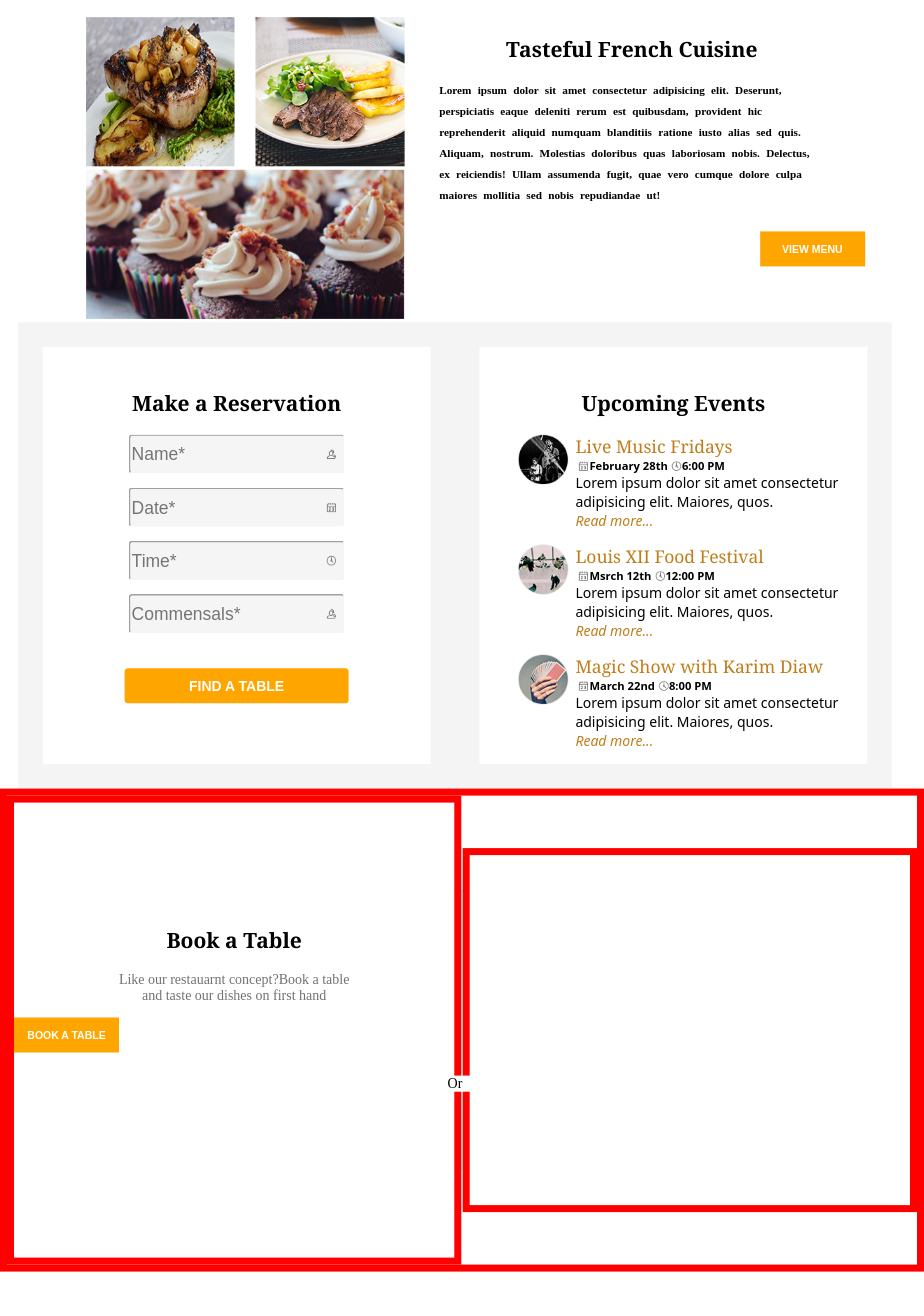
Repository: sis-shen/HTML_vsc
Page: adc_v2/index.html
An editor plug-in stored every save of this project. The page is shown before and after the next save, followed by the edit.
The browser window is 1280 px wide. The page is 1320 px wide, so the pictures cover 1320 px, including what lies to the right of the window. The pictures show the part of the page from y = 1621 to 3501 px (the page is 3501 px tall), at 70% of full size.

Above is the page before, as saved 2023-08-20 13:20:14.

### adc_v2/index.html
<!DOCTYPE html>
<html lang="zh-CN">
<head>
    <meta charset="UTF-8">
    <meta name="viewport" content="width=device-width, initial-scale=1.0">
    <title>Old8餐厅</title>
    <link rel="stylesheet" href="style.css">
    <link rel="shotcut icon" href="img/王者.png">
</head>
<body>
    <div class="top-box">
        <div class="nav">
            <div class="t-left"><h1>Voilà </h1></div>

            <div class="t-right">
                <div class="nav-box"><a href="menu.html" target="_blank"><h2>MENU</h2></a>
                    <p>Come to see and pick up your favorite</p></div>
                <div class="nav-box"> <a href="about.html" target="_blank"><h2>ABOUT</h2></a>
                    <p>Learn more about us :P</p></div>
                <div class="nav-box"><a href="events.html" target="_blank"><h2>EVENTS</h2></a>
                    <p>We will regularlyt hold events about sing,dance,rap,and basketvall</p></div>
                <div class="nav-box"> <a href="restaurants.html" target="_blank"><h2>RESERVATIONS</h2></a>
                    <p>The earlier,the better</p></div>
                <div class="nav-box"><a href="contact.html" target="_blank"><h2>CONTACT</h2></a>
                    You mean what?noooooo way!</div>
            </div>
        </div>

        <h1 id="wel">WELCOME TO VOILÀ</h1>
        <h3>We offer mouth watering <u>French cuisine</u></h3>

        <div class="button-box">
            <div class="b-left">
                <a href="menu.html" target="_blank"><button>SEE MENU</button></a>
            </div>
            <div class="b-right">
                <a href="table.index" target="_blank"><button>FIND A TABLE</button></a>
            </div>
        </div>

        <h4>Scoll down for details</h4>

        <div class="down-arrow">
            <img src="img/down-arrow-icon.png" alt="">

        </div>
    </div>

    <!-- =============================================== -->

    <div class="top2-box">
        <div class="up-box">
            <div class="up-left">
                <h2 class="h2-title">Aout Voilà Restaurant</h2>
                <p class="main-p">Voilà!there's a restaurant called Voilà ! Who owns it ? For sure it is our lovely lovey Trump's sweet sweet chain restaurant. Thus,No one knows French cuisine better than us!Let's Make French cuisine in American version great again! Let's make our momy proud agin!We have <a href="https://g.nga.cn/read.php?tid=22017775&rand=757" target="_blank"> the best team of busters</a>,aiming at turning every customer into delicious snacks. Any way,stepping in to our restaurant equals to finding your way into heaven. Have a try now!</p>

                <a href="about.index" target="_blank"><button class="main-button">READ MORE</button></a>

            </div>

            <div class="up-right">
                <img src="img/glass of wine.png" alt="">
            </div>
        </div>
        <div class="down-box">
            <div class="down-left"><img src="img/Eric-McGregor-flickr.png" alt="eric"></div>
            <div class="down-right">
                <div class="left"><img src="img/Restaurant kitchen.png" alt=""></div>
                <div class="right"><img src="img/foodiesfeed.com_excelent-beef-steak-vegetables.png" alt=""> </div>
            </div>

        </div>
    </div>

    <!-- =========================================== -->

    <div class="cuisine-box">
        <div class="left-dish-box">
            <div class="uper">
                <div class="left"><img src="img/Steak and vegetables - Foodies Feed.png" alt="" ></div>
                <div class="right"> <img src="img/Beef-steak-pineapple-salad Foodies Feed.png" alt="" id="cup-cake" ></div>
            <div class="clear-fix"></div>


            </div>


            <div class="downer">
                <img src="img/Cup cakes.png" alt="">
            </div>
        </div>

        <div class="right-p">
            <h2 class="h2-title">Tasteful French Cuisine</h2>

            <p class="main-p">Lorem ipsum dolor sit amet consectetur adipisicing elit. Deserunt, perspiciatis eaque deleniti rerum est quibusdam, provident hic reprehenderit aliquid numquam blanditiis ratione iusto alias sed quis. Aliquam, nostrum. Molestias doloribus quas laboriosam nobis. Delectus, ex reiciendis! Ullam assumenda fugit, quae vero cumque dolore culpa maiores mollitia sed nobis repudiandae ut!</p>

            <a href="menu.html" target="_blank"><button class="main-button" id="b2">VIEW MENU</button></a>


        </div>


    </div>

    <div class="res-events">
        <div class="res">
            <h2 class="h2-title">Make a Reservation</h2>
            <div class="name">
                <input type="text" name="name" id="name" placeholder="Name*" size="30">

            </div>
            <div class="name">
                <input type="text" name="date" id="date" placeholder="Date*" size="30">

            </div>
            <div class="name">
                <input type="text" name="time" id="time" placeholder="Time*" size="30">

            </div>
            <div class="name">
                <input type="text" name="commensals" id="commensals" placeholder="Commensals*" size="30">

            </div>

            <div class="find-table">
                <a href="https://cn.bing.com/maps?&mepi=107~Restaurant~MiddleOfPage~Entity_List_Card&ty=17&q=%E9%A4%90%E5%8E%85%20%E9%A2%84%E5%AE%9A%E6%A1%8C%E4%BD%8D&segment=Restaurant&sei=0&cp=nxgc8dv28mpg&child=%26ty%3D18%26q%3D%25E5%25A8%2581%25E6%2596%25AF%25E6%25B1%2580%25E4%25BC%2591%25E9%2597%25B2%25E9%25A4%2590%25E5%258E%2585%26ss%3Dypid.YN4067x2077920041126122936%26segment%3DRestaurant%26ppois%3D29.495840072631836_120.91497039794922_%25E5%25A8%2581%25E6%2596%25AF%25E6%25B1%2580%25E4%25BC%2591%25E9%2597%25B2%25E9%25A4%2590%25E5%258E%2585_YN4067x2077920041126122936~%26cp%3Dnxgc8dv28mpg%26EnableMapViewChange%3Dtrue&FORM=SNAPST" target="_blank">

                    <input type="submit" value="FIND A TABLE" id="find-table">
                </a>
            </div>

        </div>




        <div class="events-box">

            <h2 class="h2-title">Upcoming Events</h2>

            <ul class="event-list">
                <li class="event-emp" >

                    <div class="icon"><img src="img/Live music Fridays.png" alt=""></div>
                    <div class="content">
                        <div class="event-title">Live Music Fridays</div>

                        <div class="date">
                            <div class="daytime1" id="L1-1">February 28th
                        </div>
                        <div class="daytime2" id="L1-2">6:00 PM</div>
                        </div>

                                            <div class="event-dsp">Lorem ipsum dolor sit amet consectetur adipisicing elit. Maiores, quos.</div>
                                            <div class="read-more"><a href="https://www.eventbrite.com/e/live-music-fridays-tickets-599842574287" target="_blank">Read more...</a></div>

                    </div>

                </li>
                <li class="event-emp" >

                    <div class="icon"><img src="img/Festival.png" alt=""></div>
                    <div class="content">
                        <div class="event-title">Louis XII Food Festival</div>

                        <div class="date">
                            <div class="daytime1" id="L1-1">Msrch 12th
                        </div>
                        <div class="daytime2" id="L1-2">12:00 PM</div>
                        </div>

                                            <div class="event-dsp">Lorem ipsum dolor sit amet consectetur adipisicing elit. Maiores, quos.</div>
                                            <div class="read-more"><a href="https://newinzurich.com/2019/09/louis-xlll-cognac-food-pairing-epicure-food-festival-dolder-grand/" target="_blank">Read more...</a></div>

                    </div>

                </li>
                <li class="event-emp" >

                    <div class="icon"><img src="img/magic show.png" alt=""></div>
                    <div class="content">
                        <div class="event-title">Magic Show with Karim Diaw</div>

                        <div class="date">
                            <div class="daytime1" id="L1-1">March 22nd
                        </div>
                        <div class="daytime2" id="L1-2">8:00 PM</div>
                        </div>

                                            <div class="event-dsp">Lorem ipsum dolor sit amet consectetur adipisicing elit. Maiores, quos.</div>
                                            <div class="read-more"><a href="https://www.bilibili.com/video/BV1Fb411D7HK/?vd_source=df9276f62b91b382ecf0a8c1064ea7de" target="_blank">Read more...</a></div>

                    </div>

                </li>

            </ul>





        </div>
    </div>

    <div class="book-share">
        <div class="book">
            <h2 class="h2-title">Book a Table</h2>
            <div class="b-dsc">

                <p >Like our restauarnt concept?Book a table <br>and taste our dishes on first hand</p>
            </div>
            <a href="https://cn.bing.com/search?q=book+a+table&cvid=041b15cce42e41dbbbc3da2f1843c494&aqs=edge.0.0j69i64j0l7.2404j0j4&FORM=ANAB01&PC=EDGEINJP" target="_blank"><button type="button" class="main-button" id="book-table">BOOK A TABLE</button></a>
        </div>
        <div class="or"><p></p></div>
        <div class="share">

        </div>

    </div>

    <div class="p-or"><p>Or</p></div>


</body>
</html>

### adc_v2/style.css

body {
    box-sizing: border-box;
    font-family:Georgia, 'Times New Roman', Times, serif;

    width: 1300px;

    margin: 0 auto;

}

.clear-fix{
    clear: both;
}

/* .up-left h2 */
.h2-title{

    text-align: center;
    font-size: 30px;
}
.main-p{
    line-height: 30px;
    word-spacing: 5px;
    font-family: 微软雅黑;
    font-weight: bold;
}

.main-button{
    background-color:orange;
    height: 50px;
    width:150px;
    color: #fff;
    font-size: 15px;
    font-weight: bold;
    border: 0;
    margin-left: 350px;
}

.main-button:hover{
    background-color:rgb(213, 139, 0);

}

/* =======top-box===== */

.top-box{
    margin:auto;

    width: 1300px;
    height: 650px;
    background-image: url("img/top.png");
    background-repeat: no-repeat;

    /* border: red solid 10px; */

}

.nav {
    width: 100%;
    height: 200px;
    /* background-color: rgba(0, 255, 255, 0.207); */
    display: flex;
}

.t-left{
    height:100%;
    width: 40%;
    /* background-color: rgba(255, 0, 0, 0.236); */
}

.t-right{
    display: flex;
    height: 100%;
    width:60%;
    font-family: 微软雅黑;
}

.nav-box{
    width: 20%;
    height: 100%;
    /* background-color: rgba(255, 255, 0, 0.149); */
    color: #fff;
}

.nav-box a{
    text-decoration: none;
    color: #fff;
}

.top-box h2{
    font-size:medium
}

.t-left h1{
    color:rgb(212, 0, 0);
    position: relative;
    left:30%;
    top:20px;
}

#wel{
    text-align: center;
    color: #fff;

    font-size: 50px;
}

.top-box h3{
    text-align: center;
    color: #fff;
    font-size: 35px;
}

.button-box{
    display: flex;
    align-items: center;
    justify-content: center;
    margin-top: 60px;
}

.button-box button{
    width: 120px;
    height: 45px;
    margin-inline: 40px;
    font-family: 微软雅黑;
    color: #fff;
}

.b-left button{
    background-color: rgb(255, 106, 0);
    border: 0;
    border-radius: 5%;
}

.b-left button:hover{
    background-color: rgb(205, 85, 0);

}

.b-right button{
    background-color: rgb(60, 60, 60);
    border: 0;
    border-radius: 5%;

}

.b-right button:hover{
    background-color: rgb(35, 35, 35);

}

.top-box h4{
    text-align: center;
    color: #fff;
    font-family: 微软雅黑;
    font-weight:normal;
    margin-top: 80px;
}


.down-arrow {
    text-align: center;
}



/* ===========top2-box============== */

.top2-box{
    background-color: #ebebeb;
    padding-bottom: 50px;
}

.top2-box .up-box
{

    margin-top: 50px;
    display: flex;

    /* border: red solid 10px; */
}

.top2-box .up-left{
    width: 45%;
    min-height: 200px;

    /* border: red solid 10px; */

}

.top2-box .up-right{
    width: 55%;
    min-height: 200px;
}

.up-right img{
    width: 100%;
}





.up-left p a {
    text-decoration: none;
    color: rgb(255, 179, 0);
}

.up-left p a:hover{
    color: rgb(193, 135, 0);

}





.down-box{
    display: flex;
}



.down-right{
    margin-top: 50px;
    width: 45%;
    /* border: red solid 10px; */
    display: flex;

}

.down-right .left{
    width: 45%;
    /* margin-left:5%; */
    margin-right: 10%;
    /* border: red solid 10px; */

}

.down-right .right{
    width: 45%;
    /* border: red solid 10px; */

}

.down-left{
    width: 55%;
    max-height: 250px;
}

.down-left img{
    width: 90%;
    position: relative;
    top:-10em
}

.cuisine-box {
    width: 100%;
    margin-top: 50px;
    display: flex;
    justify-content: center;

    .left-dish-box{
        width: 455px;

        /* border: red solid 10px; */


        .uper{
            margin: 0;
            display: flex;


            .left{
                width: 50%;
            }

            .right{
                width: 50%;
            }
        }

        .downer{

        }

    }


    #cup-cake{
        float: right;
    }

    .right-p{
        width: 550px;
        margin-left: 50px;
        /* border: red solid 10px; */

    }
}

#b2{
    margin-top: 20px;
    margin-left: 458px;
}
/* ==============reservation & events============= */

.res-events{
    margin: 0 auto;
    width: 96%;
    display: flex;
    background-color: #f4f4f4;

    .res{
        padding-top: 35px;
        margin: 35px;
        background-color: white;
        width: 50%;
        /* border: red solid 10px; */

    }
    .events-box{
        padding-top: 35px;

        margin: 35px;
        background-color: white;
        width: 50%;

        .event-list{
            list-style-type: none;



            .event-emp{
                margin-bottom: 20px;
                width: 90%;
                /* display: block; */
                display: flex;
                /* border: red solid 10px; */
                padding-left: 15px;


                .icon{
                    width: 72px;
                }

                .content{
                    margin-left: 10px;


                    .event-title{
                        font-size:25px ;
                        color:rgb(192, 125, 25);
                    }

                    .date{
                        display: flex;

                        .daytime1{
                            margin-left: 5px;
                            padding-left: 15px;
                            font-family: system-ui, -apple-system, BlinkMacSystemFont, 'Segoe UI', Roboto, Oxygen, Ubuntu, Cantarell, 'Open Sans', 'Helvetica Neue', sans-serif;
                            font-weight: 800;

                            background-image: url("img/Date-icon.png");
                            background-repeat: no-repeat;
                            background-position: left center;

                        }
                        .daytime2{
                            margin-left: 5px;
                            padding-left: 15px;
                            font-family: system-ui, -apple-system, BlinkMacSystemFont, 'Segoe UI', Roboto, Oxygen, Ubuntu, Cantarell, 'Open Sans', 'Helvetica Neue', sans-serif;
                            font-weight: 800;

                            background-image: url("img/Time-icon.png");
                            background-repeat: no-repeat;
                            background-position: left center;

                        }

                    }

                    .event-dsp{
                        /* color: #f4f4f4; */
                        font-family: system-ui, -apple-system, BlinkMacSystemFont, 'Segoe UI', Roboto, Oxygen, Ubuntu, Cantarell, 'Open Sans', 'Helvetica Neue', sans-serif;

                        font-weight: 500;
                        font-size: 20px;
                    }

                    .read-more a{
                        text-decoration: none;
                        font-style: italic;
                        color:rgb(192, 125, 25);
                        font-family: system-ui, -apple-system, BlinkMacSystemFont, 'Segoe UI', Roboto, Oxygen, Ubuntu, Cantarell, 'Open Sans', 'Helvetica Neue', sans-serif;
                        font-size: 20px;


                    }
                    .read-more a:hover{
                        color:rgb(161, 105, 21);

                    }


                }

            }

        }




    }
}

.name{
    text-align: center;
    margin-bottom: 20px;

    #name{
        background-color: rgb(245, 245, 245);
        height: 50px;
        width: 300px;
        font-size:25px;
        border-radius: 5px;
        background-image: url("img/commensals-icon.png");
        background-repeat: no-repeat;
        background-position: center right 10px;
        border-color: #f4f4f4;
    }

    #date{
        background-color: rgb(245, 245, 245);
        height: 50px;
        width: 300px;
        font-size:25px;
        border-radius: 5px;
        background-image: url("img/Date-icon.png");
        background-repeat: no-repeat;
        background-position: center right 10px;
        border-color: #f4f4f4;
    }
    #time{
        background-color: rgb(245, 245, 245);
        height: 50px;
        width: 300px;
        font-size:25px;
        border-radius: 5px;
        background-image: url("img/Time-icon.png");
        background-repeat: no-repeat;
        background-position: center right 10px;
        border-color: #f4f4f4;
    }
    #commensals{
        background-color: rgb(245, 245, 245);
        height: 50px;
        width: 300px;
        font-size:25px;
        border-radius: 5px;
        background-image: url("img/commensals-icon.png");
        background-repeat: no-repeat;
        background-position: center right 10px;
        border-color: #f4f4f4;
    }
}

.find-table{
    text-align: center;
    margin-top: 50px;

    #find-table{
        background-color:orange;
    height: 50px;
    width:320px;
    color: #fff;
    font-size: 20px;
    font-weight: bold;
    border: 0;
    border-radius: 5px;
    }

    #find-table:hover{
        background-color:rgb(228, 148, 0);

    }
}

.book-share{
    width: 100%;
    min-height: 500px;
    border: red solid 10px;
    display: flex;
    justify-content: center;
    align-items: center;
    .book{
        width: 50%;
        min-height: 500px;
        padding-top: 150px;
        border: red solid 10px;

        .b-dsc{
            font-family: 微软雅黑;
            font-size: 20px;
            color: #727272;
            text-align: center;
        }

    }

    .or{
        width: 1x;
        height: 400px;
        border: rgb(179, 179, 179) 1px solid;
        position: relative;


    }

    .share{
        width: 50%;
        min-height: 500px;
        border: red solid 10px;

    }
}

.p-or{
    margin: 0 auto;
    width: 5%;
    text-align: center;
}

.p-or p{
    font:20px 微软雅黑;
    background-color: white;
    position: relative;
    bottom:300px ;
}

#book-table{
    position: relative;
    margin:0;
    left: 0
}

After the next save:
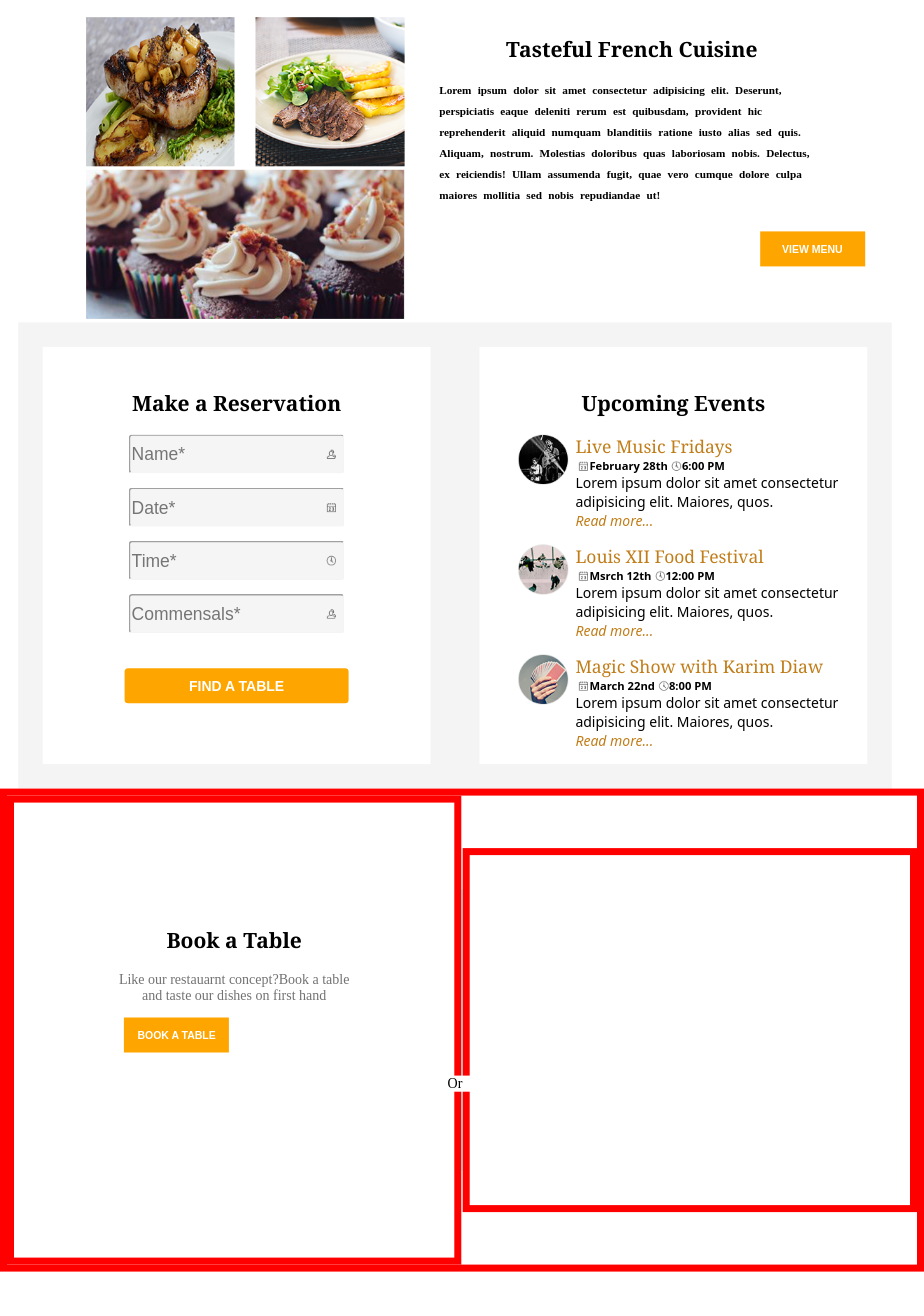
Saved 6 s later.
--- a/adc_v2/style.css
+++ b/adc_v2/style.css
@@ -544,5 +544,5 @@ body {
 #book-table{
     position: relative;
     margin:0;
-    left: 0
-}
+    left: 25%
+}
